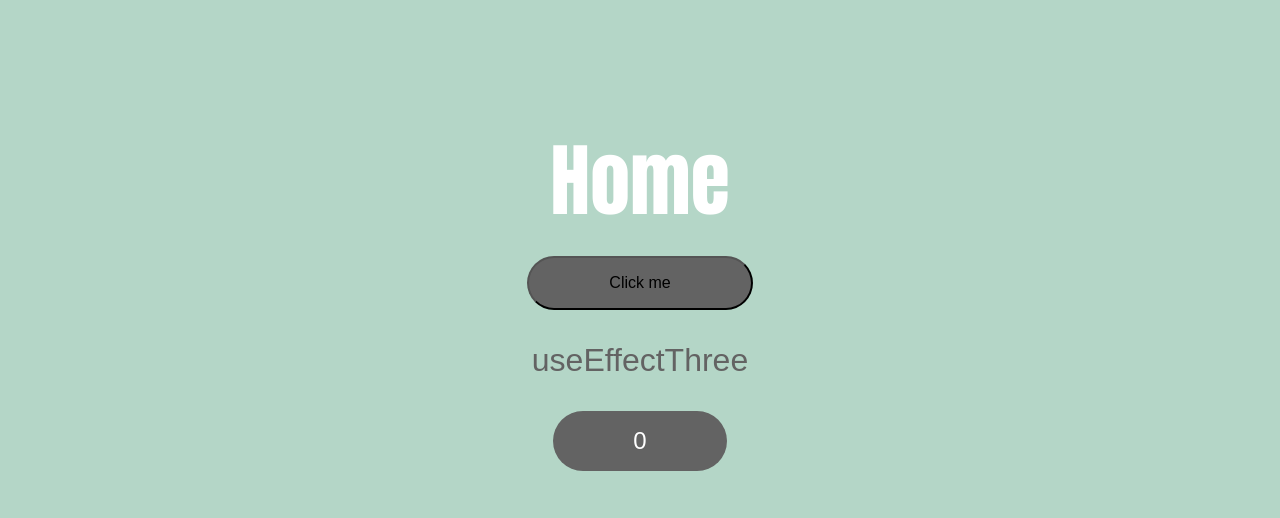
Repository: jennydmcm/useeffect-carousel
Page: /useEffectThree
An editor plug-in stored every save of this project. The page is shown before and after the next save, followed by the edit.
The browser window is 1280 px wide. The pictures show the whole page.
The project was rebuilt for these pictures with package versions that can differ from the ones it lists, and the page was loaded fresh each time. The framework's server and built-in components were replaced by stand-ins that run in the browser. Also part of the build but not shown: next.config.js.

Above is the page before, as saved 2023-02-23 19:14:50.

After the next save:
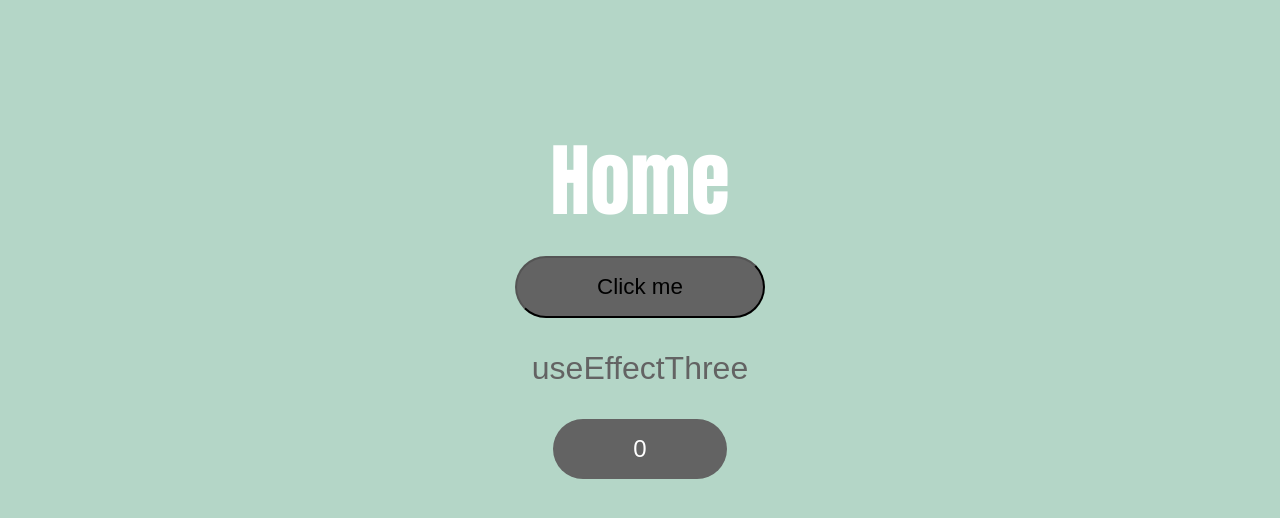
Saved 11 s later.
--- a/styles/UseEffectThree.module.css
+++ b/styles/UseEffectThree.module.css
@@ -25,7 +25,7 @@
     padding-right: 5rem;
     background-color: var(--text-hover);
     font-family: Arial, Helvetica, sans-serif;
-    font-size: 1rem;
+    font-size: 1.4rem;
     border-radius: 5rem;
 }
 
